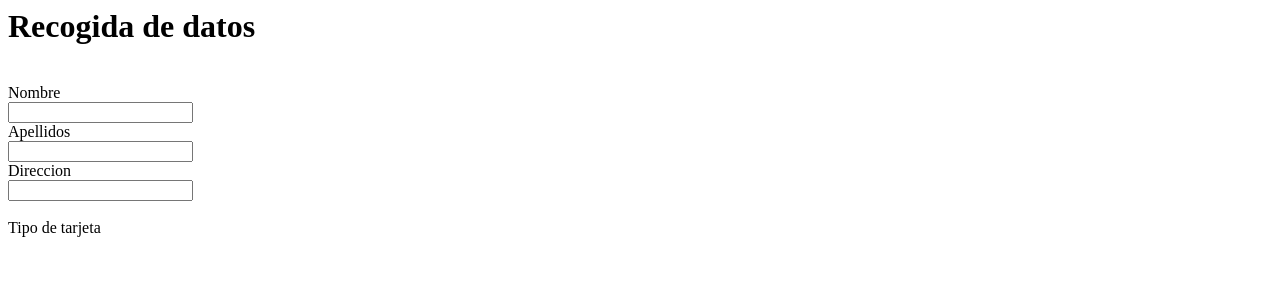
Repository: juvaga2000/eclipsetemp
Page: EjerciciosT1/src/main/webapp/ejer3.html
These files come from the project's save history. The page is drawn as it stood at one moment and after the next save; the edit follows.
The browser window is 1280 px wide. The pictures show the whole page.

Above is the page before, as saved 2022-10-03 11:54:02.

### EjerciciosT1/src/main/webapp/ejer3.html
<html>
<head>
<meta charset="ISO-8859-1">
<title>Insert title here</title>
</head>
<body>
	<h1>Recogida de datos</h1>
	<br>
	<form action="ejer1HolaMundo" method="post">
		Nombre<br>
		<input type="text" name="nombre" value=""><br>
		Apellidos<br>
		<input type="text" name="nombre" value=""><br>
		Direccion<br>
		<input type="text" name="nombre" value="">
		<br><br>
		Tipo de tarjeta<br>
	</form>
</body>
</html>

After the next save:
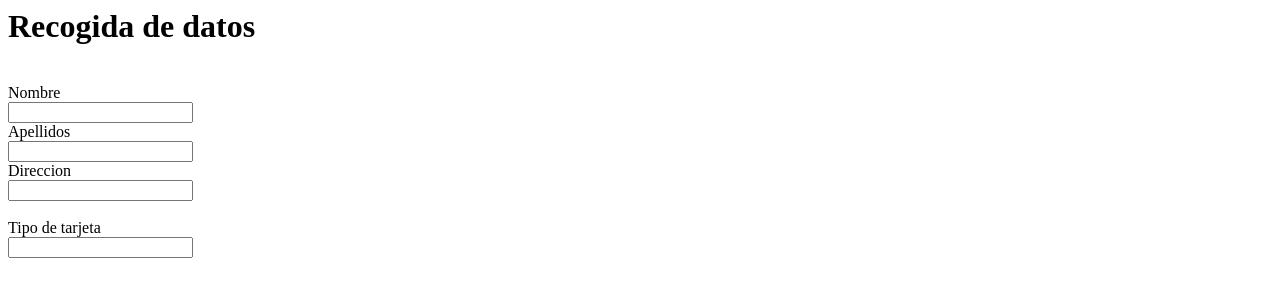
Saved 29 s later.
--- a/EjerciciosT1/src/main/webapp/ejer3.html
+++ b/EjerciciosT1/src/main/webapp/ejer3.html
@@ -10,11 +10,12 @@
 		Nombre<br>
 		<input type="text" name="nombre" value=""><br>
 		Apellidos<br>
-		<input type="text" name="nombre" value=""><br>
+		<input type="text" name="apellidos" value=""><br>
 		Direccion<br>
-		<input type="text" name="nombre" value="">
+		<input type="textarea" name="direccion" value="">
 		<br><br>
 		Tipo de tarjeta<br>
+		<input type="textarea" name="nombre" value="">
 	</form>
 </body>
 </html>
